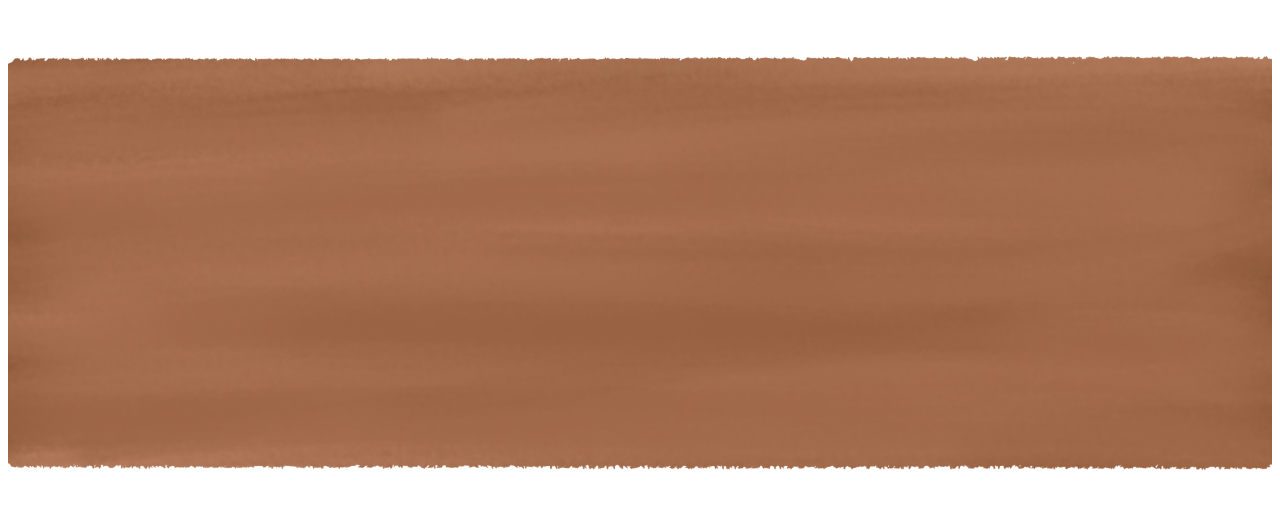
Repository: AlyssaHug/Bandit-Breakout
Page: index.html
An editor plug-in stored every save of this project. The page is shown before and after the next save, followed by the edit.
The browser window is 1280 px wide. The pictures show the whole page.
Some web fonts or font styles are not loaded; a fallback is used.

Above is the page before, as saved 2025-05-06 22:38:12.

After the next save:
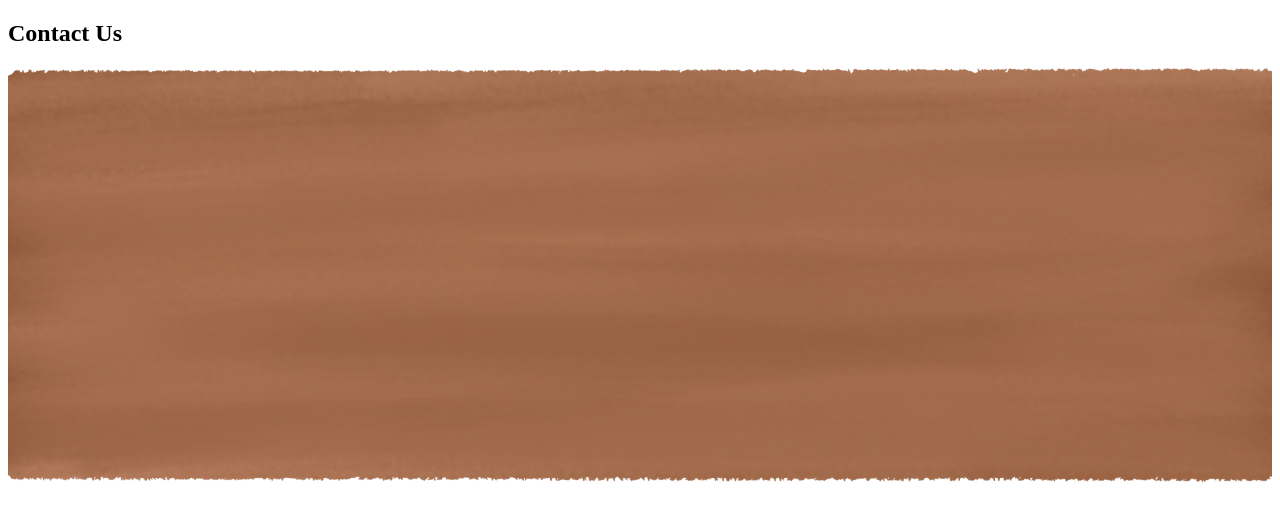
Saved 2 min 46 s later.
--- a/index.html
+++ b/index.html
@@ -12,9 +12,13 @@
     </head>
     <body>
         <header></header>
-        <main></main>
+        <main>
+            <div class="Contact-us-apps"></div>
+        </main>
         <footer>
-            <div class="Contact-us"></div>
+            <div class="Contact-us">
+                <h2>Contact Us</h2>
+            </div>
         </footer>
     </body>
 </html>
